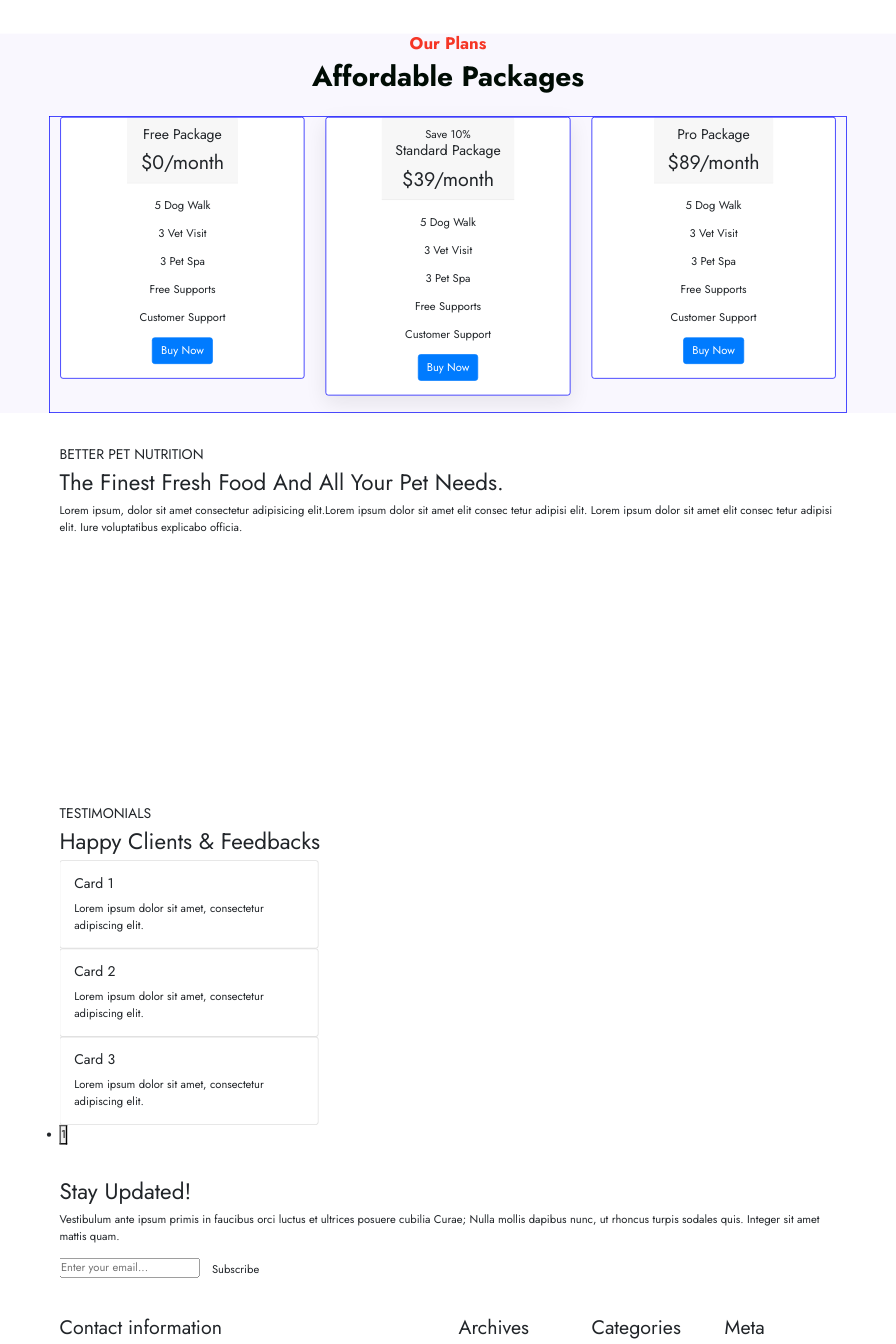
Repository: thanhfrankie/poochcare
Page: index.html
These files come from the project's save history. The page is drawn as it stood at one moment and after the next save; the edit follows.
The browser window is 1280 px wide. The pictures show the part of the page from y = 0 to 1920 px (the page is 2169 px tall before and 2668 px after), at 70% of full size.
Pictures or frames that could not be fetched are drawn as grey boxes.

Above is the page before, as saved 2023-12-20 21:37:43.

### index.html
<!DOCTYPE html>
<html lang="en">
  <head>
    <title>Pooch Care</title>
    <!-- Required meta tags -->
    <meta charset="utf-8" />
    <meta
      name="viewport"
      content="width=device-width, initial-scale=1, shrink-to-fit=no"
    />
    <!-- FONT AWESOME -->
    <link
      rel="stylesheet"
      href="https://cdnjs.cloudflare.com/ajax/libs/font-awesome/6.4.2/css/all.min.css"
      integrity="sha512-z3gLpd7yknf1YoNbCzqRKc4qyor8gaKU1qmn+CShxbuBusANI9QpRohGBreCFkKxLhei6S9CQXFEbbKuqLg0DA=="
      crossorigin="anonymous"
      referrerpolicy="no-referrer"
    />
    <!-- Bootstrap CSS -->
    <link
      rel="stylesheet"
      href="https://stackpath.bootstrapcdn.com/bootstrap/4.3.1/css/bootstrap.min.css"
      integrity="sha384-ggOyR0iXCbMQv3Xipma34MD+dH/1fQ784/j6cY/iJTQUOhcWr7x9JvoRxT2MZw1T"
      crossorigin="anonymous"
    />
    <!-- Font Jost -->
    <link rel="preconnect" href="https://fonts.googleapis.com" />
    <link rel="preconnect" href="https://fonts.gstatic.com" crossorigin />
    <link
      href="https://fonts.googleapis.com/css2?family=Jost:wght@300;400;700&display=swap"
      rel="stylesheet"
    />
    <!-- Pricing CSS -->
    <link rel="stylesheet" href="./css/pricing.css" />
    <!-- pet food CSS (em đặt tên nutrition hay pet-nutrition hay pet__nutrition nó không cho đặt vậy ạ) -->
    <link rel="stylesheet" href="./css/petfood.css" />
    <!-- Testimonials CSS -->
    <link rel="stylesheet" href="./css/testimonials.css" />
    <!-- Subscribe CSS -->
    <link rel="stylesheet" href="./css/subscribe.css" />
    <!-- footer CSS -->
    <link rel="stylesheet" href="./css/footer.css" />
    <!-- Main CSS -->
    <link rel="stylesheet" href="./css/style.css" />
  </head>
  <body>
    <!-- Pricing -->
    <section class="pricing" id="pricing">
      <div class="container mt-5">
        <div class="title">
          <h4>Our Plans</h4>
          <h2>Affordable Packages</h2>
        </div>
        <div class="row">
          <!-- Pricing Card 1 -->
          <div class="col-lg-4 mb-4">
            <div class="card">
              <div class="card-header">
                <h5 class="card-title">Free Package</h5>
                <h3 class="card-text">$0/month</h3>
              </div>
              <div class="card-body">
                <p class="card-text">5 Dog Walk</p>
                <p class="card-text">3 Vet Visit</p>
                <p class="card-text">3 Pet Spa</p>
                <p class="card-text">Free Supports</p>
                <p class="card-text">Customer Support</p>
                <a href="#" class="btn btn-primary btn-buy">Buy Now</a>
              </div>
            </div>
          </div>

          <!-- Pricing Card 2 -->
          <div class="col-lg-4 mb-4">
            <div class="card card2">
              <div class="card-header">
                <div class="card-save">Save 10%</div>
                <h5 class="card-title">Standard Package</h5>
                <h3 class="card-text">$39/month</h3>
              </div>
              <div class="card-body">
                <p class="card-text">5 Dog Walk</p>
                <p class="card-text">3 Vet Visit</p>
                <p class="card-text">3 Pet Spa</p>
                <p class="card-text">Free Supports</p>
                <p class="card-text">Customer Support</p>
                <a href="#" class="btn btn-primary btn-buy">Buy Now</a>
              </div>
            </div>
          </div>

          <!-- Pricing Card 3 -->
          <div class="col-lg-4 mb-4">
            <div class="card">
              <div class="card-header">
                <h5 class="card-title">Pro Package</h5>
                <h3 class="card-text">$89/month</h3>
              </div>
              <div class="card-body">
                <p class="card-text">5 Dog Walk</p>
                <p class="card-text">3 Vet Visit</p>
                <p class="card-text">3 Pet Spa</p>
                <p class="card-text">Free Supports</p>
                <p class="card-text">Customer Support</p>
                <a href="#" class="btn btn-primary btn-buy">Buy Now</a>
              </div>
            </div>
          </div>
        </div>
      </div>
    </section>
    <!-- PET NUTRITION -->
    <section class="nutrition">
      <div class="container mt-5">
        <h5>BETTER PET NUTRITION</h5>
        <h2>The Finest Fresh Food And All Your Pet Needs.</h2>
        <p>
          Lorem ipsum, dolor sit amet consectetur adipisicing elit.Lorem ipsum
          dolor sit amet elit consec tetur adipisi elit. Lorem ipsum dolor sit
          amet elit consec tetur adipisi elit. Iure voluptatibus explicabo
          officia.
        </p>
        <iframe
          width="560"
          height="315"
          src="https://www.youtube.com/embed/JXUTJNv4j6A?si=1nzgvqwKbkVzJ4BS"
          title="YouTube video player"
          frameborder="0"
          allow="accelerometer; autoplay; clipboard-write; encrypted-media; gyroscope; picture-in-picture; web-share"
          allowfullscreen
        ></iframe>
      </div>
    </section>
    <!-- TESTIMONIALS -->
    <section class="testimonial">
      <div class="container mt-5">
        <h5>TESTIMONIALS</h5>
        <h2>Happy Clients & Feedbacks</h2>
        <div class="slick-carousel">
          <!-- Slick Carousel Item 1 -->
          <div class="card">
            <div class="card-body">
              <h5 class="card-title">Card 1</h5>
              <p class="card-text">
                Lorem ipsum dolor sit amet, consectetur adipiscing elit.
              </p>
            </div>
          </div>

          <!-- Slick Carousel Item 2 -->
          <div class="card">
            <div class="card-body">
              <h5 class="card-title">Card 2</h5>
              <p class="card-text">
                Lorem ipsum dolor sit amet, consectetur adipiscing elit.
              </p>
            </div>
          </div>

          <!-- Slick Carousel Item 3 -->
          <div class="card">
            <div class="card-body">
              <h5 class="card-title">Card 3</h5>
              <p class="card-text">
                Lorem ipsum dolor sit amet, consectetur adipiscing elit.
              </p>
            </div>
          </div>
        </div>
      </div>
    </section>
    <!-- Subscribe -->
    <section class="subscribe">
      <div class="container mt-5">
        <h2>Stay Updated!</h2>
        <p>
          Vestibulum ante ipsum primis in faucibus orci luctus et ultrices
          posuere cubilia Curae; Nulla mollis dapibus nunc, ut rhoncus turpis
          sodales quis. Integer sit amet mattis quam.
        </p>
        <input
          type="email"
          name=""
          id="subscribe"
          placeholder="Enter your email..."
        />
        <button class="btn">Subscribe</button>
      </div>
    </section>
    <footer>
      <div class="container mt-5">
        <div class="row">
          <div class="col-lg-6">
            <h3>Contact information</h3>
            <ul class="footer__contact">
              <li>
                Address : #135 block, Barnard St. Brooklyn, London 10036, UK
              </li>
              <li>
                Phone :
                <span>
                  <a href="#">+(12)234-11-24</a>
                </span>
              </li>
              <li>
                Email :
                <span>
                  <a href="#">example@mail.com</a>
                </span>
              </li>
            </ul>
            <ul class="footer__social">
              <li>
                <a href="https://www.facebook.com/w3layouts/">
                  <i class="fa-brands fa-facebook-f"></i
                ></a>
              </li>
              <li>
                <a href="https://twitter.com/W3layouts"
                  ><i class="fa-brands fa-twitter"></i
                ></a>
              </li>
              <li>
                <a href="https://dribbble.com/w3layouts"
                  ><i class="fa-brands fa-square-dribbble"></i
                ></a>
              </li>
              <li>
                <a href="https://myaccount.google.com/intro/profile"
                  ><i class="fa-brands fa-google"></i
                ></a>
              </li>
            </ul>
          </div>
          <div class="col-lg-6">
            <div class="row">
              <div class="col-sm-4">
                <h3>Archives</h3>
                <ul>
                  <li>
                    <a href="#"> December 2020 </a>
                  </li>
                </ul>
              </div>
              <div class="col-sm-4">
                <h3>Categories</h3>
                <ul>
                  <li>
                    <a href="#"> Animals </a>
                  </li>
                  <li>
                    <a href="#"> Pets </a>
                  </li>
                  <li>
                    <a href="#"> Pets care </a>
                  </li>
                  <li>
                    <a href="#"> Uncategorized </a>
                  </li>
                </ul>
              </div>
              <div class="col-sm-4">
                <h3>Meta</h3>
                <ul>
                  <li>
                    <a href="#"> Log in </a>
                  </li>
                  <li>
                    <a href="#"> Entries feed </a>
                  </li>
                  <li>
                    <a href="#"> Comments feed </a>
                  </li>
                  <li>
                    <a href="#"> WordPress.org </a>
                  </li>
                </ul>
              </div>
            </div>
          </div>
        </div>
      </div>
      <div class="copyright">
        <i class="fa fa-copyright" aria-hidden="true"></i>
        <i class="fa-regular fa-copyright"></i>
        <span
          >2023 All Rights Reserved by
          <a href="https://w3layouts.com/">W3Layouts.</a></span
        >
      </div>
    </footer>
    <a href="#" class="backToTop cd-top text-replace js-cd-top">
      <i class="fa fa-arrow-up"></i>
    </a>
    <!-- Optional JavaScript -->
    <!-- jQuery first, then Popper.js, then Bootstrap JS -->
    <script
      src="https://code.jquery.com/jquery-3.3.1.slim.min.js"
      integrity="sha384-q8i/X+965DzO0rT7abK41JStQIAqVgRVzpbzo5smXKp4YfRvH+8abtTE1Pi6jizo"
      crossorigin="anonymous"
    ></script>
    <script
      src="https://cdnjs.cloudflare.com/ajax/libs/popper.js/1.14.7/umd/popper.min.js"
      integrity="sha384-UO2eT0CpHqdSJQ6hJty5KVphtPhzWj9WO1clHTMGa3JDZwrnQq4sF86dIHNDz0W1"
      crossorigin="anonymous"
    ></script>
    <script
      src="https://stackpath.bootstrapcdn.com/bootstrap/4.3.1/js/bootstrap.min.js"
      integrity="sha384-JjSmVgyd0p3pXB1rRibZUAYoIIy6OrQ6VrjIEaFf/nJGzIxFDsf4x0xIM+B07jRM"
      crossorigin="anonymous"
    ></script>
    <!-- slick carousel  -->
    <script
      src="https://cdnjs.cloudflare.com/ajax/libs/slick-carousel/1.8.1/slick.min.js"
      integrity="sha512-XtmMtDEcNz2j7ekrtHvOVR4iwwaD6o/FUJe6+Zq+HgcCsk3kj4uSQQR8weQ2QVj1o0Pk6PwYLohm206ZzNfubg=="
      crossorigin="anonymous"
      referrerpolicy="no-referrer"
    ></script>
    <script>
      // Initialize Slick Carousel
      $(".slick-carousel").slick({
        slidesToShow: 3,
        slidesToScroll: 1,
        dots: true,
        prevArrow: '<button type="button" class="slick-prev">&#9665;</button>',
        nextArrow: '<button type="button" class="slick-next">&#9655;</button>',
        responsive: [
          {
            breakpoint: 768,
            settings: {
              slidesToShow: 2,
            },
          },
          {
            breakpoint: 576,
            settings: {
              slidesToShow: 1,
            },
          },
        ],
      });
    </script>
  </body>
</html>

### css/pricing.css
.pricing {
    background-color: #F9F7FE;
}
.pricing .container {
    width: 100%;
}
.pricing .container .title {
    display: flex;
    justify-content: center;
    align-items: center;
    flex-direction: column;
    padding-bottom: 25px;
}
.pricing .container .title h4 {
    color: #F53626;
    font-weight: 550;

}
.pricing .title h2{
    font-size: 40px;
    font-weight: 600;
    line-height: 48px;
    text-transform: capitalize;
    color:#000C04;
 }
 .pricing .container .row {
    display: flex;
    gap: -100px;
    border: 1px solid blue;

 }
 .pricing .container .row .card {
    display: flex;
    justify-content: center;
    align-items: center;
    flex-direction: column;
    text-align: center;
    border: 1px solid blue;
    background-color: #FFFFFF;

 }
 .pricing .container .row .card2 {
    box-shadow: 0 10px 30px 0 rgba(17, 17, 17, 0.09);
    padding: 0 30px;
    z-index: 1;
 }

### css/testimonials.css
TESTIMONIALS

### css/style.css
/* Global */
* {
  padding: 0;
  margin: 0;
  box-sizing: border-box;
}
html,
body {
  font-family: "Jost", sans-serif;
}

Loaded but not shown: css/footer.css (no copy from this time; the picture is the same without it); css/petfood.css (no copy from this time; the picture is the same without it); css/subscribe.css (no copy from this time; the picture is the same without it)

After the next save:
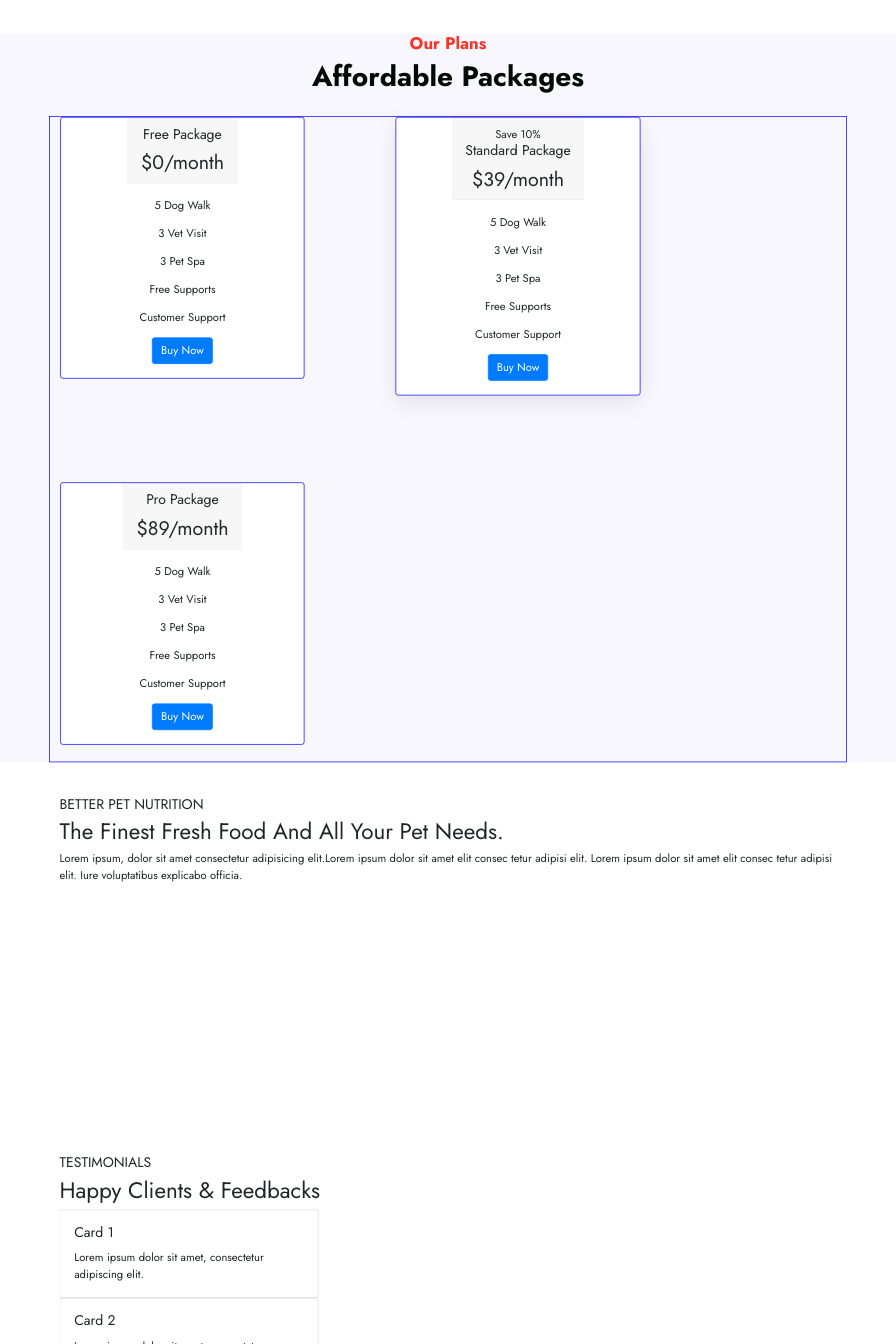
Saved 8 s later.
--- a/css/pricing.css
+++ b/css/pricing.css
@@ -25,7 +25,7 @@
  }
  .pricing .container .row {
     display: flex;
-    gap: -100px;
+    gap: 100px;
     border: 1px solid blue;
 
  }

After the 3 saves that followed:
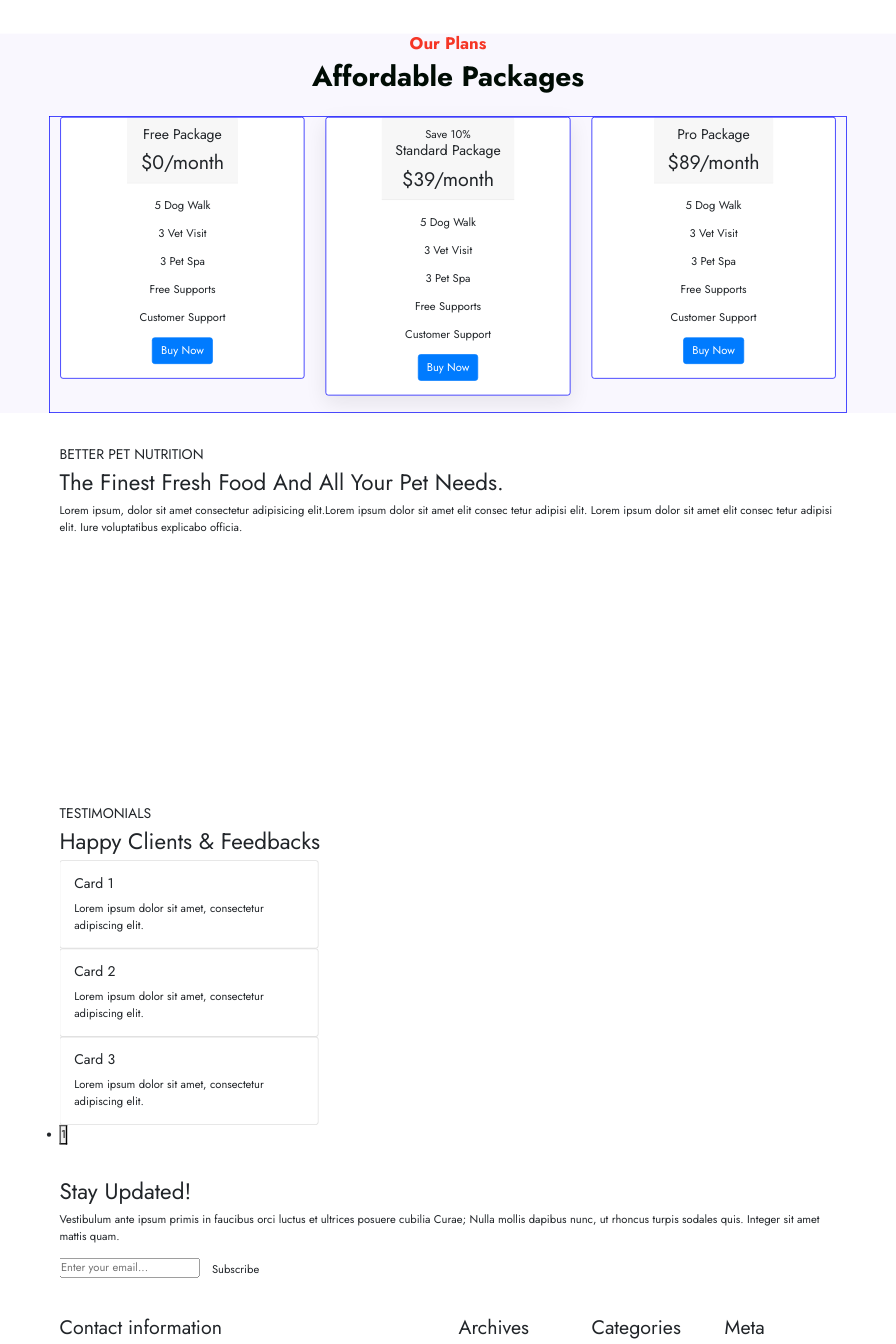
The 3 saves are shown as one change because 1 left the picture as it was and some came seconds apart.
The last was saved 18 s later.
--- a/css/pricing.css
+++ b/css/pricing.css
@@ -24,8 +24,7 @@
     color:#000C04;
  }
  .pricing .container .row {
-    display: flex;
-    gap: 100px;
+    gap: -40px;
     border: 1px solid blue;
 
  }
